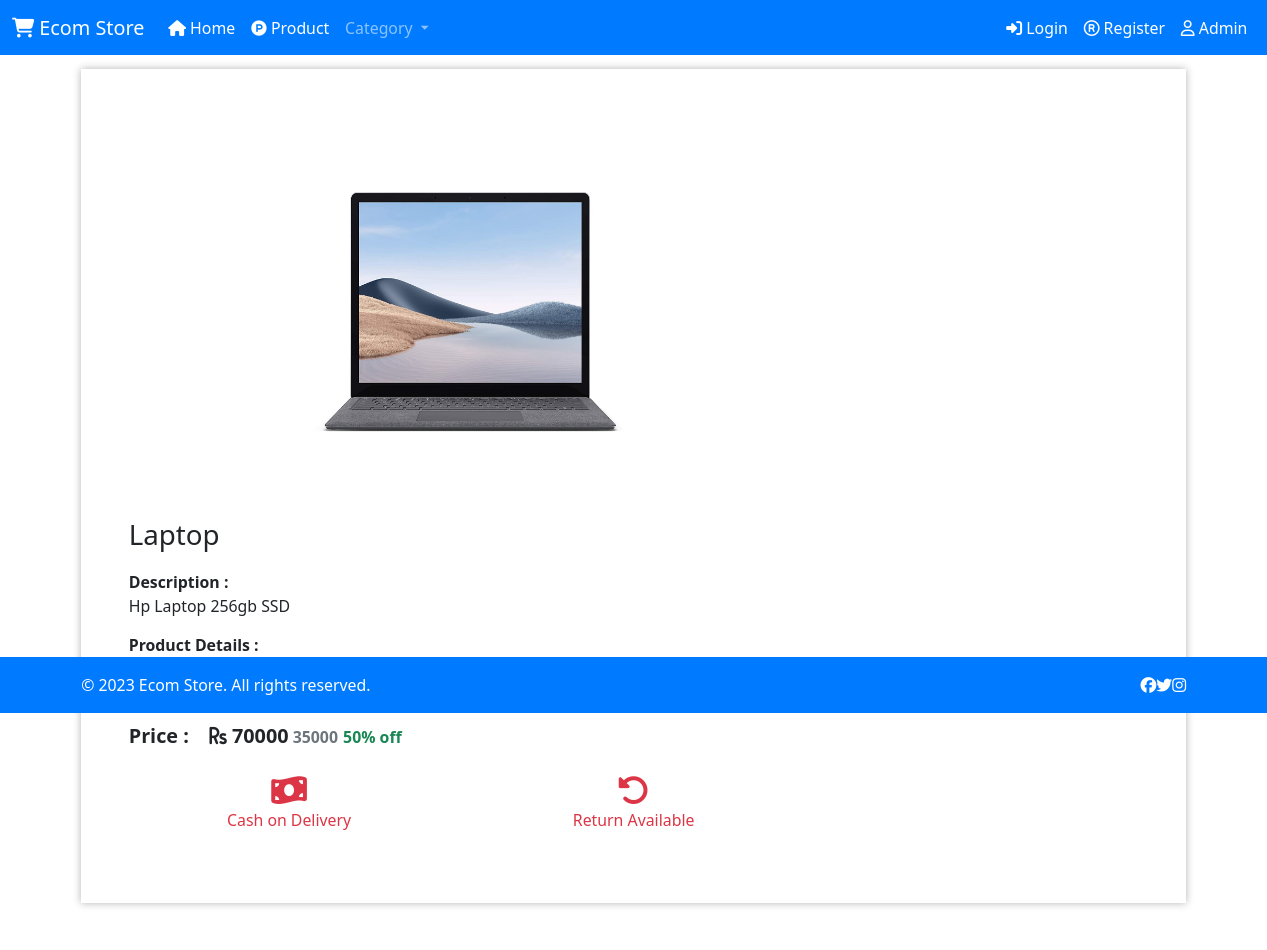
Repository: Deva-bot/EcomProject
Page: http://localhost/viewProduct
These files come from the project's save history. The page is drawn as it stood at one moment and after the next save; the edit follows.
The browser window is 1280 px wide. The pictures show the whole page, at 99% of full size.
The page is this project's Thymeleaf template; nobody is signed in. The template is opened directly, without the code that normally fills it, so the values that code supplies are empty.

Above is the page before, as saved 2024-07-13 04:03:40.

After the next save:
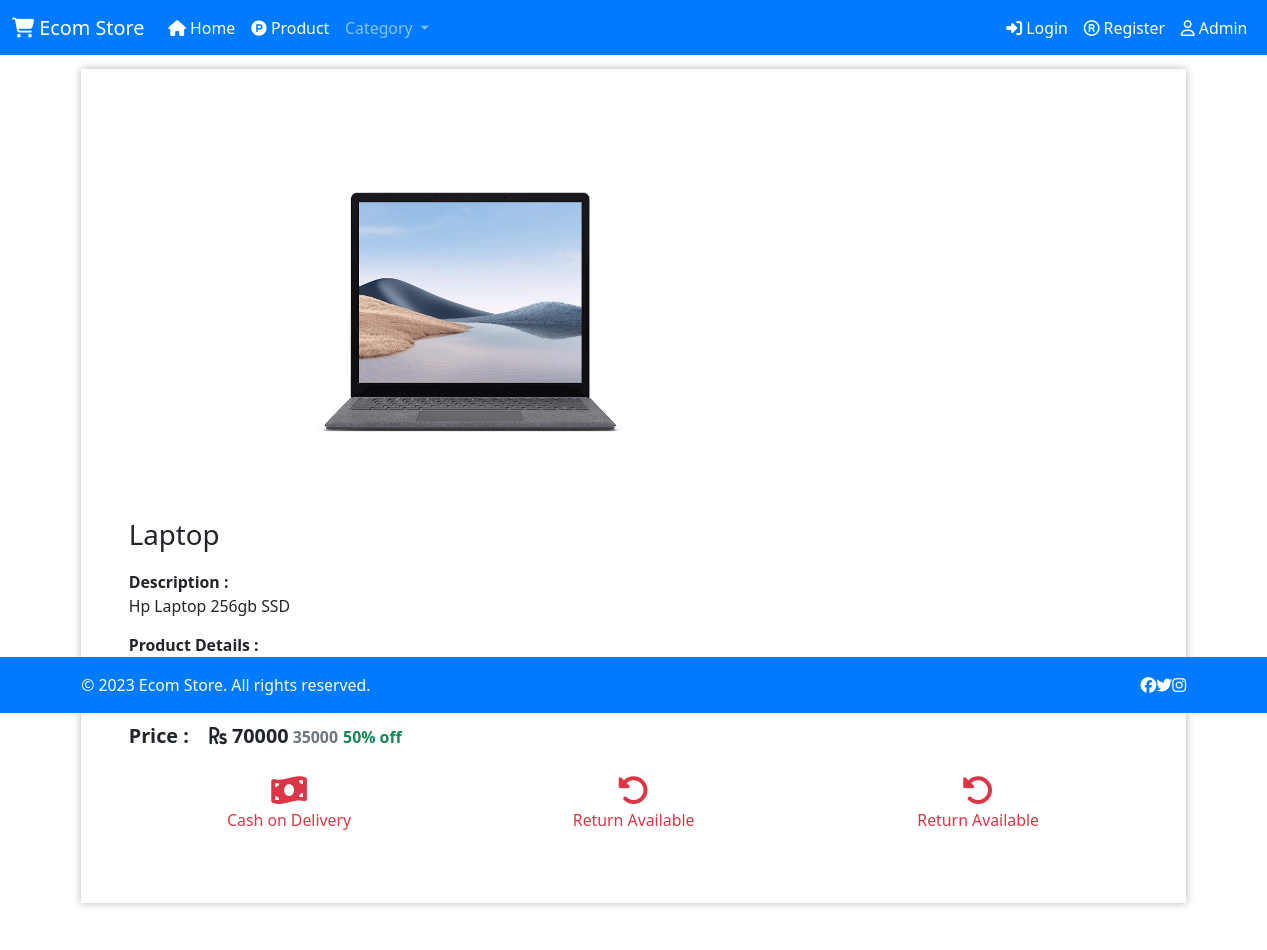
Saved 8 s later.
--- a/Shopping_Cart/src/main/resources/templates/viewProduct.html
+++ b/Shopping_Cart/src/main/resources/templates/viewProduct.html
@@ -41,6 +41,10 @@
 								<i class="fas fa-undo-alt fa-2x"></i>
 								<p>Return Available</p>
 							</div>
+							<div class="col-md-4 text-danger text-center p-2">
+															<i class="fas fa-undo-alt fa-2x"></i>
+															<p>Return Available</p>
+														</div>
 
 						</div>
 					</div>
